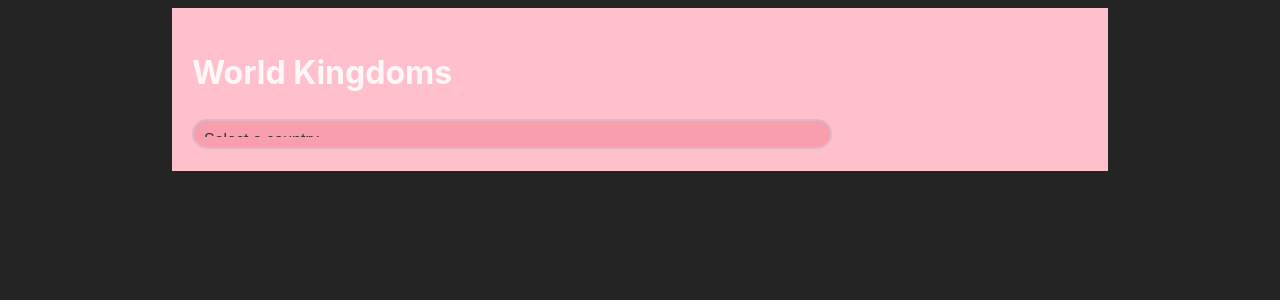
Repository: MonicaNguyenH/Lab-7_Frontend
Page: /countries
These files come from the project's save history. The page is drawn as it stood at one moment and after the next save; the edit follows.
The browser window is 1280 px wide. The pictures show the whole page.
The page's requests for data from a server got no answer. The project was rebuilt for these pictures with package versions that can differ from the ones it lists, and the page was loaded fresh each time. No one was signed in, and anything a server would have sent is missing. Also part of the build but not shown: vite.config.js, src/Details.jsx.

Above is the page before, as saved 2024-11-18 17:46:13.

### src/main.jsx
import React from 'react';
import ReactDOM from 'react-dom/client';
import App from './App';
import './index.css'; // Import your global CSS styles

ReactDOM.createRoot(document.getElementById('root')).render(
  <React.StrictMode>
    <App />
  </React.StrictMode>
);

### src/App.jsx
import { BrowserRouter as Router, Routes, Route } from 'react-router-dom';
import Countries from './Contries';
import Details from './Details';

export default function App() {
  return (
    <div className="container">
      <Router>
      <Routes>
        <Route path="/" element={<h1>Landing Page</h1>} />
        <Route path="/countries" element={<Countries />} />
        <Route path="countries/:cca2" element={<Details />} />
      </Routes>
    </Router>
  </div>
  );
}

### src/index.css
:root {
  font-family: Inter, system-ui, Avenir, Helvetica, Arial, sans-serif;
  line-height: 1.5;
  font-weight: 400;

  color-scheme: light dark;
  color: rgba(255, 255, 255, 0.87);
  background-color: #242424;

  font-synthesis: none;
  text-rendering: optimizeLegibility;
  -webkit-font-smoothing: antialiased;
  -moz-osx-font-smoothing: grayscale;
}

.container {
  width: 70vw;
  margin: auto;
  background-color: pink;
  display: flex;
  justify-content: center;
  flex-direction: column;
  padding: 20px;
}

select {
  appearance: none; /* Remove default dropdown arrow */
  -webkit-appearance: none; /* Safari support */
  -moz-appearance: none; /* Firefox support */
  background-color: rgb(248, 158, 173); /* Background color */
  border: 2px solid #ddb8c2; /* Border color */
  border-radius: 15px; /* Rounded corners */
  padding: 10px; /* Padding inside the dropdown */
  font-size: 16px; /* Font size */
  color: #333; /* Font color */
  width: 50vw; /* Width of the dropdown */
  height: 30px;
  cursor: pointer; /* Change cursor to pointer */
  margin: auto;
}

### src/Contries.jsx
import { useState, useEffect } from "react";
import { useNavigate, Outlet } from "react-router-dom";

export default function Countries() {
  const [countries, setCountries] = useState([]);
  const [selectedCountry, setSelectedCountry] = useState("");
  const navigate = useNavigate();

  useEffect(() => {
    fetch("https://restcountries.com/v3.1/name/kingdom")
      .then((response) => {
        if (!response.ok) {
          throw new Error("Network response was not ok");
        }
        return response.json();
      })
      .then((data) => setCountries(data))
      .catch((error) => console.error("Error fetching countries:", error));
  }, []);

  const handleCountrySelect = (e) => {
    const value = e.target.value;

    // Handle navigation based on selection
    if (value === "") {
      navigate("/countries"); // Navigate to /countries page
    } else {
      const selected = countries.find((country) => country.cca2 === value);
      if (selected) {
        setSelectedCountry(selected);
        navigate(`/countries/${selected.cca2}`, { state: { data: selected } });
      }
    }
  };

  return (
    <div className="box">
      <h1 className="Title">World Kingdoms</h1>
      <select onChange={handleCountrySelect} value={selectedCountry?.cca2 || ""}>
        {/* Default option to navigate to /countries */}
        <option value="">Select a country</option>
        {/* Dynamically populate dropdown with country data */}
        {countries.map((country) => (
          <option key={country.cca2} value={country.cca2}>
            {country.name.common}
          </option>
        ))}
      </select>
      <Outlet />
    </div>
  );
}

Loaded but not shown: index.html (common file)

After the next save:
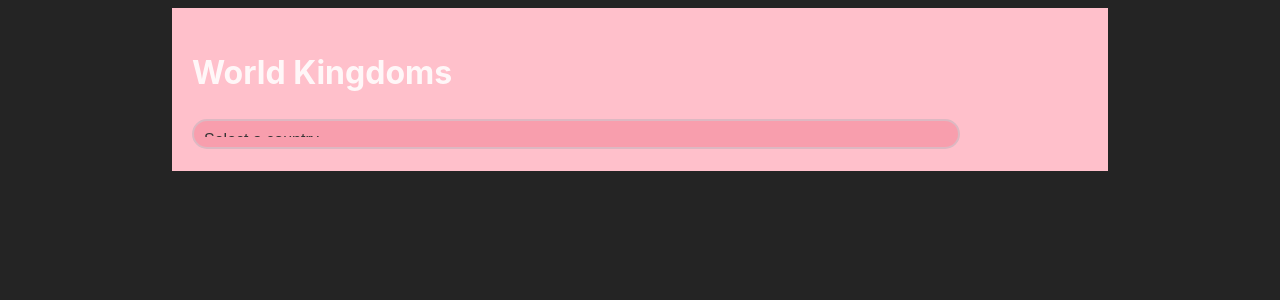
Saved 14 s later.
--- a/src/index.css
+++ b/src/index.css
@@ -33,8 +33,9 @@ select {
   padding: 10px; /* Padding inside the dropdown */
   font-size: 16px; /* Font size */
   color: #333; /* Font color */
-  width: 50vw; /* Width of the dropdown */
+  width: 60vw; /* Width of the dropdown */
   height: 30px;
   cursor: pointer; /* Change cursor to pointer */
   margin: auto;
+  align-items: center;
 }
